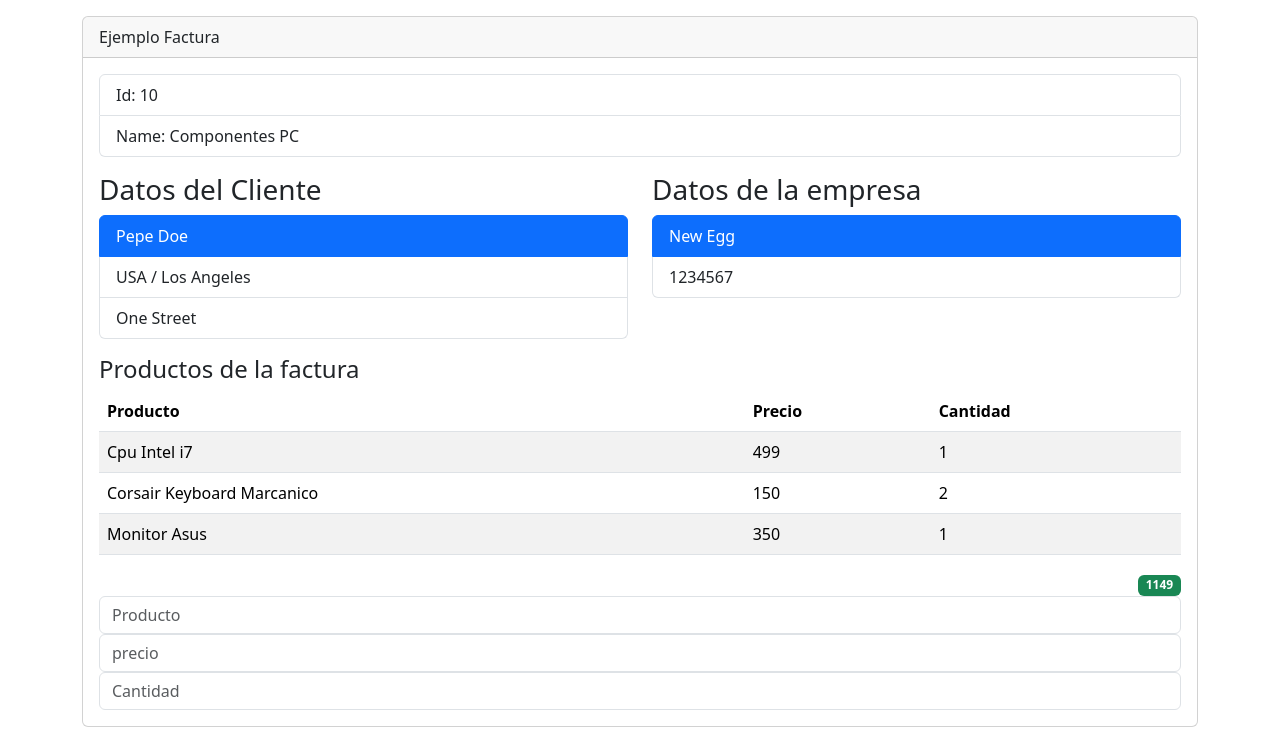
Repository: bryanesteban/4-invoice-app
Page: /
An editor plug-in stored every save of this project. The page is shown before and after the next save, followed by the edit.
The browser window is 1280 px wide. The pictures show the whole page.
The project was rebuilt for these pictures with package versions that can differ from the ones it lists, and the page was loaded fresh each time. Also part of the build but not shown: vite.config.js.

Above is the page before, as saved 2023-11-13 17:21:16.

### index.html
<!doctype html>
<html lang="en">
  <head>
    <meta charset="UTF-8" />
    <link rel="icon" type="image/svg+xml" href="/vite.svg" />
    <link href="https://cdn.jsdelivr.net/npm/bootstrap@5.3.2/dist/css/bootstrap.min.css" rel="stylesheet" integrity="sha384-T3c6CoIi6uLrA9TneNEoa7RxnatzjcDSCmG1MXxSR1GAsXEV/Dwwykc2MPK8M2HN" crossorigin="anonymous">
    <meta name="viewport" content="width=device-width, initial-scale=1.0" />
    <title>Vite + React</title>
  </head>
  <body>
    <div id="root"></div>
    <script type="module" src="/src/main.jsx"></script>
  </body>
</html>

### src/main.jsx
import React from 'react'
import ReactDOM from 'react-dom/client'
import { InvoiceApp } from './InvoiceApp'


ReactDOM.createRoot(document.getElementById('root')).render(
  <React.StrictMode>
    <InvoiceApp />
  </React.StrictMode>,
)

### src/InvoiceApp.jsx
import { getInvoice } from "./services/getInvoice"
import { ClientView } from "./components/ClientView";
import { CompanyView } from "./components/CompanyView";
import { InvoiceView } from "./components/InvoiceView";
import { ListItemsView } from "./components/ListItemsView";
import { TotalView } from "./components/totalView";


export const InvoiceApp = () =>{

    const {id, name, client, company, items, total} = getInvoice();

    return(
       <>
        <div className="container">

            <div className="card my-3" >

                <div className= "card-header">

                    Ejemplo Factura
                </div>

                <div className="card-body">
                       <InvoiceView id= {id} name ={name}/>
                    <div className="row my-3">
                        <div className="col">
                           <ClientView title= "Datos del Cliente" client = {client} />
                        </div>
                        <div className="col">
                           <CompanyView title= "Datos de la empresa" company ={company} />
                        </div>
                    </div>
                    <ListItemsView title="Productos de la factura" items={items} />
                    <TotalView total={total}></TotalView>
                    <form>
                        <input type="text"
                               name="product"
                               placeholder="Producto" className="form-control"/>

                        <input type="text"
                               name="price"
                               placeholder="precio" className="form-control"/>

                        <input type="text"
                               name="quantity"
                               placeholder="Cantidad" className="form-control"/>
                    </form>
                </div>
            </div>
        </div>

       </>
    )
}

### src/services/getInvoice.js
import { invoice } from "../data/invoice"

export const getInvoice = () => {

    //console.log(invoice);

    /*let total = 0;
    invoice.items.forEach( items =>{
        total =total + items.price * items.quantity;

    });*/

    const total = invoice.items
        .map( item => item.price * item.quantity)
        .reduce((accumulator,currentValue) => accumulator + currentValue, 0)

    return {...invoice,total};
}

### src/components/ClientView.jsx
import PropTypes from 'prop-types';

export const ClientView = ({title, client}) =>{
    const {
        name: nameClient,
        lastname,
        address:{
            country,
            city,
            street,
            number}
         } = client;

    //const { country, city, street, number} = address;

    return (
        <>
         <h3>{title}</h3>
                            <ul className="list-group">
                                <li className="list-group-item active">{nameClient} {lastname}</li>
                                <li className="list-group-item">{country} / {city}</li>
                                <li className="list-group-item">{street} {number}</li>
                            </ul>
        </>
    )
}

ClientView.protoTypes ={
    title: PropTypes.string.isRequired,
    client: PropTypes.object.isRequired,
}

### src/components/CompanyView.jsx
import PropTypes from 'prop-types';

export const CompanyView = ({title, company}) => {


    return (
        <>
        <h3>{ title }</h3>
                            <ul className="list-group">
                                <li className="list-group-item active"> {company.name}</li>
                                <li className="list-group-item"> {company.fiscalNumber}</li>
                            </ul>
        </>
    )
}

CompanyView.propTypes = {
    title: PropTypes.string.isRequired,
    company: PropTypes.object.isRequired,

}

### src/components/InvoiceView.jsx
import PropTypes from 'prop-types';
export const InvoiceView = ({id, name}) =>{

    return (
        <>
         <ul className ="list-group">
                            <li className="list-group-item">Id: {id}</li>
                            <li className="list-group-item">Name: {name}</li>
                        </ul>

        </>
    )
}

InvoiceView.propTypes = {
    id: PropTypes.number.isRequired,
    name: PropTypes.string.isRequired
}

### src/components/ListItemsView.jsx
import { RowItemView } from "./RowItemView"
import PropTypes from 'prop-types';

export const ListItemsView  = ({title, items}) => {

    return (
        <>
        <h4> {title}</h4>
                    <table className="table table-striped table-hover">
                        <thead>
                            <tr>
                                <th>Producto</th>
                                <th>Precio</th>
                                <th>Cantidad</th>
                            </tr>
                        </thead>
                        <tbody>
                            {items.map(({id, producto, price,quantity}) => (
                                    <RowItemView key={ id } product={producto} price={price} quantity={quantity} />
                            ))}
                        </tbody>

                    </table>
        </>
    )

}

ListItemsView.propTypes = {
    title : PropTypes.string.isRequired,
    items: PropTypes.array.isRequired,
}

### src/components/totalView.jsx
export const TotalView  = ({total}) =>{


    return (
    <>
    <div className="text-end">
        <span className="badge bg-success">{total}</span>
    </div>
    </>
    )
}

### src/data/invoice.js
export const invoice ={
    id: 10,
    name: 'Componentes PC',
    client:{
        name:'Pepe',
        lastname:'Doe',
        address:{
            country:'USA',
            city: 'Los Angeles',
            street:' One Street',
            numeber:12
        }
    },
        company:{
            name:'New Egg',
            fiscalNumber: 1234567,
        },
        items: [
           {
            id: 1,
            producto: 'Cpu Intel i7',
            price: 499,
            quantity: 1,
           },
           {
            id: 2,
            producto: 'Corsair Keyboard Marcanico',
            price: 150,
            quantity: 2,
           },
           {
            id: 3,
            producto: 'Monitor Asus',
            price: 350,
            quantity: 1,
           },

        ]


}

### src/components/RowItemView.jsx
import PropTypes from 'prop-types';

export const RowItemView = ({product, price, quantity}) => {
    return (
        <>
             <tr >
                    <td>{product}</td>
                    <td>{price}</td>
                    <td>{quantity}</td>
            </tr>
        </>
    )
}


RowItemView.propTypes = {
    product :  PropTypes.string.isRequired,
    price : PropTypes.number.isRequired,
    quantity : PropTypes.number.isRequired,
}

After the next save:
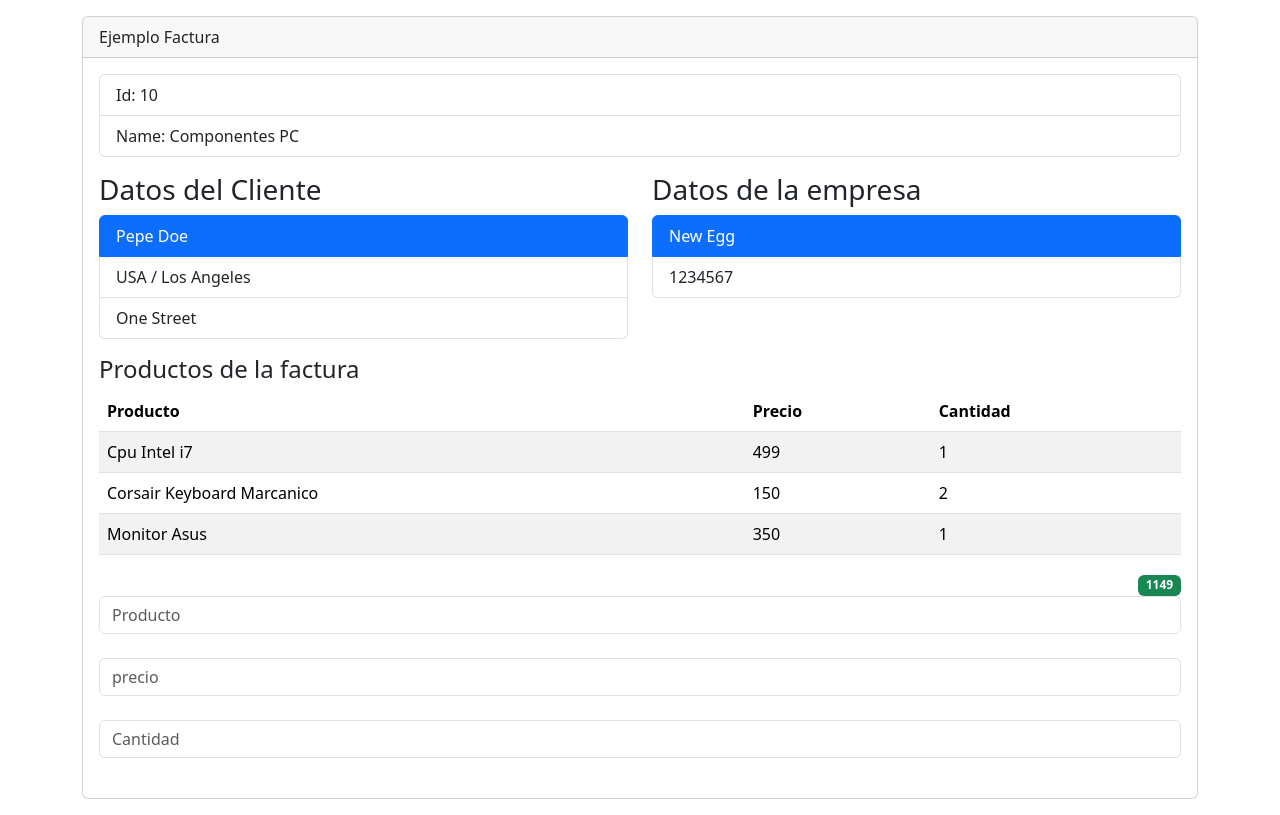
Saved 19 s later.
--- a/src/InvoiceApp.jsx
+++ b/src/InvoiceApp.jsx
@@ -36,15 +36,15 @@ export const InvoiceApp = () =>{
                     <form>
                         <input type="text"
                                name="product"
-                               placeholder="Producto" className="form-control"/>
+                               placeholder="Producto" className="form-control mb-4"/>
 
                         <input type="text"
                                name="price"
-                               placeholder="precio" className="form-control"/>
+                               placeholder="precio" className="form-control mb-4"/>
 
                         <input type="text"
                                name="quantity"
-                               placeholder="Cantidad" className="form-control"/>
+                               placeholder="Cantidad" className="form-control mb-4"/>
                     </form>
                 </div>
             </div>
